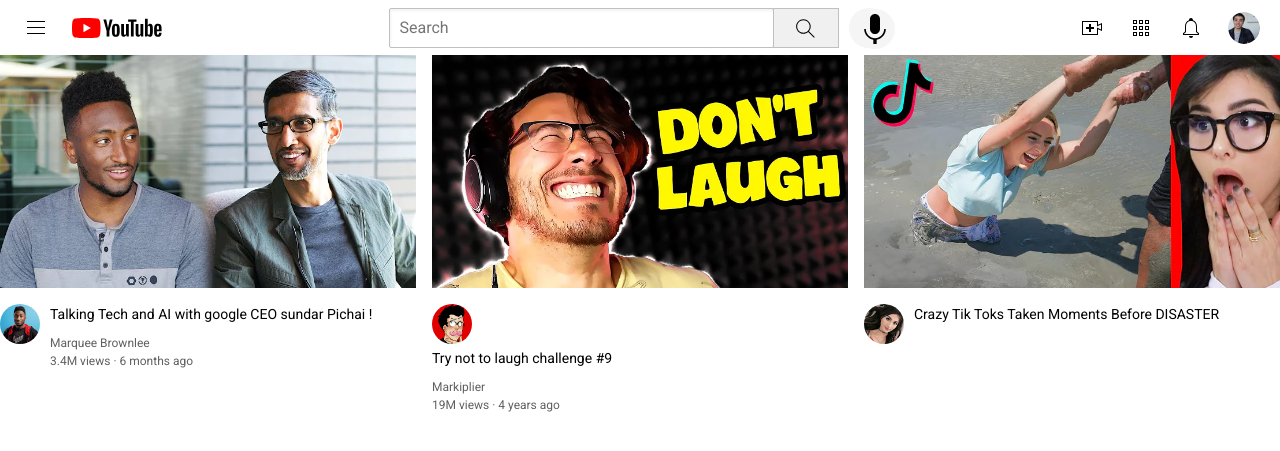
Repository: knowledgeAlan/html-css-thirteen
Page: youtube.html
These files come from the project's save history. The page is drawn as it stood at one moment and after the next save; the edit follows.
The browser window is 1280 px wide. The pictures show the whole page.

Above is the page before, as saved 2024-03-19 17:39:31.

After the next save:
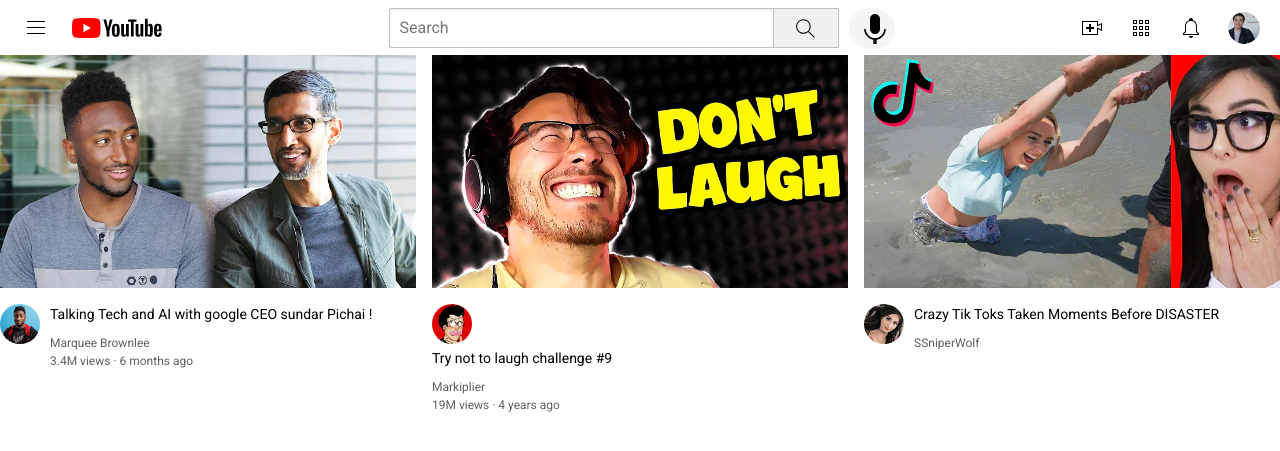
Saved 21 s later.
--- a/youtube.html
+++ b/youtube.html
@@ -124,6 +124,10 @@
                          <p class="video-title">
                             Crazy Tik Toks Taken Moments Before DISASTER
                          </p>
+
+                         <p class="video-author">
+                            SSniperWolf
+                         </p>
                     </div>
                 </div>
             </div>
